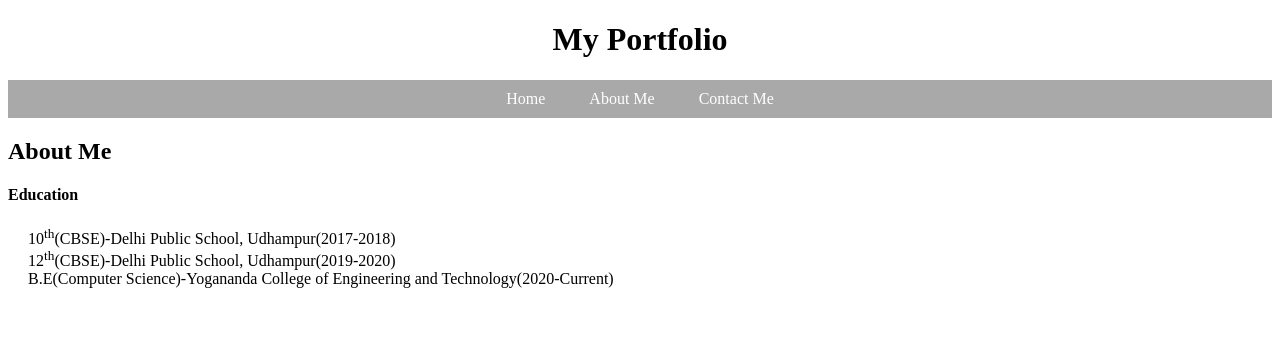
Repository: harshitanthal1/my_portfolio
Page: aboutme.html
An editor plug-in stored every save of this project. The page is shown before and after the next save, followed by the edit.
The browser window is 1280 px wide. The pictures show the whole page.

Above is the page before, as saved 2024-02-02 13:44:11.

### aboutme.html
<!DOCTYPE html>
<html lang="en">
<head>
    <meta charset="UTF-8">
    <meta name="viewport" content="width=device-width, initial-scale=1.0">
    <title>My Portfolio</title>
    <link rel="stylesheet" href="styles/styles.css" />
</head>
<body>
    <header><h1>My Portfolio</h1></header>
    <nav>
        <li><a href="index.html" target="_blank">Home</a></li>
        <li><a href="aboutme.html" target="_blank" >About Me</a></li>
        <li><a href="contactme.html" target="_blank" >Contact Me</a></li>
    </nav>
    <h2>About Me</h2>
    <div id="education">
        <h4>Education</h4>
        <li>10<sup>th</sup>(CBSE)-Delhi Public School, Udhampur(2017-2018)</li>
        <br/>
        <li>12<sup>th</sup>(CBSE)-Delhi Public School, Udhampur(2019-2020)</li>
        <br />
        <li>B.E(Computer Science)-Yogananda College of Engineering and Technology(2020-Current)</li>
    </div>
</body>
</html>

### styles/styles.css
header {
    text-align: center;
}

nav {
    background-color: darkgrey;
    color: white;
    padding: 10px;
    text-align: center;
}

li {
    display: inline;
    margin-right: 20px;
    margin-left: 20px;
}

a {
    text-decoration: none;
    color: white;
}

#profile {
    padding: 10px;
    width: 350px;
    text-align: justify;
}

img {
    border-radius: 50%;
}

After the next save:
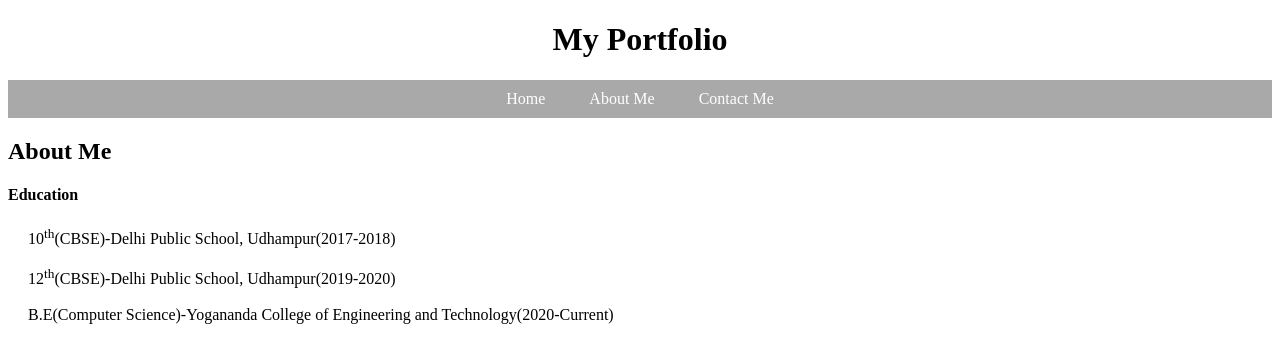
Saved 30 s later.
--- a/aboutme.html
+++ b/aboutme.html
@@ -18,8 +18,10 @@
         <h4>Education</h4>
         <li>10<sup>th</sup>(CBSE)-Delhi Public School, Udhampur(2017-2018)</li>
         <br/>
+        <br/>
         <li>12<sup>th</sup>(CBSE)-Delhi Public School, Udhampur(2019-2020)</li>
         <br />
+        <br/>
         <li>B.E(Computer Science)-Yogananda College of Engineering and Technology(2020-Current)</li>
     </div>
 </body>
